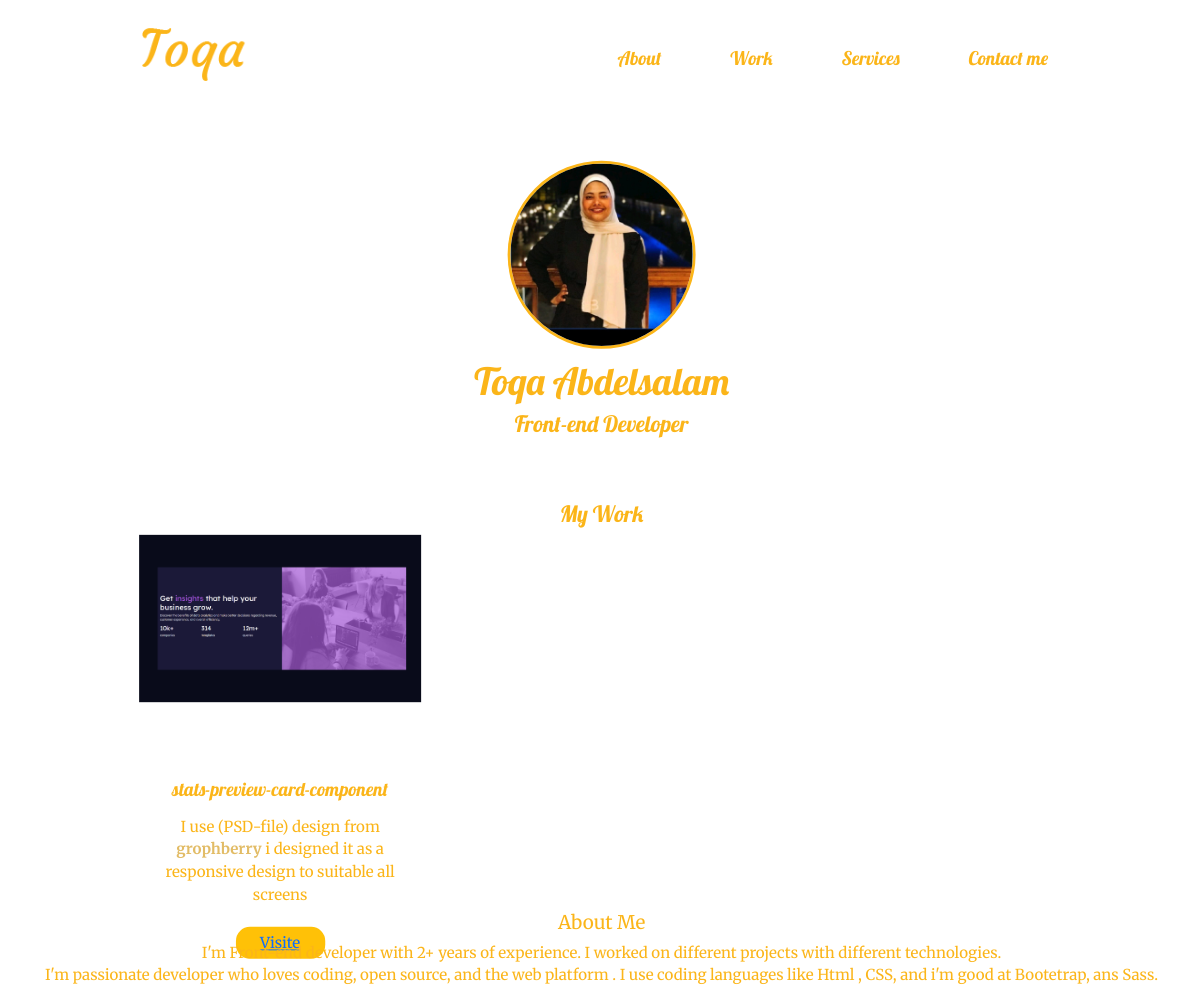
Repository: Toqa-25/portfolio
Page: index.html
An editor plug-in stored every save of this project. The page is shown before and after the next save, followed by the edit.
The browser window is 1280 px wide. The pictures show the whole page, at 94% of full size.
Some web fonts or font styles are not loaded; a fallback is used.

Above is the page before, as saved 2021-10-31 19:31:39.

### index.html
<!DOCTYPE html>
<html lang="en">
<head>
    <meta charset="UTF-8">
    <meta http-equiv="X-UA-Compatible" content="IE=edge">
    <meta name="viewport" content="width=device-width, initial-scale=1.0">
    <title>Toqa Portfolio</title>
      <!-- bootstrap file -->
      <link rel="stylesheet" href="css/all.min.css">
      <link rel="stylesheet" href="css/bootstrap.css">
      <!-- css file -->
      <link rel="stylesheet" href="css/style.css">
      <!-- fonts -->
      <link rel="preconnect" href="https://fonts.googleapis.com">
<link rel="preconnect" href="https://fonts.gstatic.com" crossorigin>
<link href="https://fonts.googleapis.com/css2?family=Lobster&family=Otomanopee+One&display=swap" rel="stylesheet">
<link rel="preconnect" href="https://fonts.googleapis.com">
<link rel="preconnect" href="https://fonts.gstatic.com" crossorigin>
<link href="https://fonts.googleapis.com/css2?family=Merriweather:ital,wght@0,300;0,400;0,700;0,900;1,300;1,400;1,700;1,900&display=swap" rel="stylesheet">
<link rel="preconnect" href="https://fonts.googleapis.com">
<link rel="preconnect" href="https://fonts.gstatic.com" crossorigin>
<link href="https://fonts.googleapis.com/css2?family=Bebas+Neue&family=Oswald:wght@200;300;400;500;600;700&display=swap" rel="stylesheet">
</head>
<body>
        <!-- header section -->
    <header class="pad">
       <div class="container">
         <div class="header-content">
           <div class="header-logo">
             <img src="images/logo.png" alt="logo">
           </div>
           <div class="bar">
             <svg xmlns="http://www.w3.org/2000/svg" width="35" height="35" fill="#fbb519" class="bi bi-list" viewBox="0 0 16 16">
               <path fill-rule="evenodd" d="M2.5 12a.5.5 0 0 1 .5-.5h10a.5.5 0 0 1 0 1H3a.5.5 0 0 1-.5-.5zm0-4a.5.5 0 0 1 .5-.5h10a.5.5 0 0 1 0 1H3a.5.5 0 0 1-.5-.5zm0-4a.5.5 0 0 1 .5-.5h10a.5.5 0 0 1 0 1H3a.5.5 0 0 1-.5-.5z"/>
             </svg>
              <ul class="hidden-list unlist list">
              <li>About</li>
              <li>Work</li>
              <li>Services</li>
              <li>Contact me</li>
              <li>Reviews</li>
            </ul>
           </div>
           <div class="header-nav">
             <ul class="list unlist">
                 <li>About</li>
                 <li>Work</li>
                 <li>Services</li>
                 <li>Contact me</li>
                 <!-- <li>Reviews</li> -->
             </ul>

           </div>
         </div>
         </div>
        </header><!-- end header section -->
        <!-- information  section -->
    <section  class="inform pad">
      <div class="main-inform " role="main">
        <div class="inform-info">
        <img src="images/toqa.jpg" alt=""><br>
        <h1>Toqa Abdelsalam</h1>
        <h4>Front-end Developer</h4>
      </div>
      </div>
    </section> <!-- end information  section -->

      <!-- my-work  section -->
      <section class="pad work">
        <div class="container">
          <h4 class="work-head">My Work</h4>
          <div class="work-content">
      <div class="work-card" role="menu">
        <div class="card-img">
          <img src="images/toqa-25.github.io_stats-preview-card-component-main_.png" alt="">
        </div>
        <div class="card-info">
          <h5 class="card-title">stats-preview-card-component </h5>
          <p class="card-info-text"> I use  (PSD-file) design from <span> <a href="https://www.frontendmentor.io/">grophberry</a></span>
        i designed it as a responsive design to suitable all screens
         </p>
      <button class="card-button"><a href="https://toqa-25.github.io/stats-preview-card-component-main/">Visite</a></button>
        </div>
 </div>
      <!-- <div class="project card" role="menu">
        <img src="images/toqa-25.github.io_3-cards-component3_.png" alt="">
        <p>3-card-component
      I use (PSD-file) design from <span> <a href="https://www.frontendmentor.io/">grophberry</a></span>
  i designed it as a responsive design to suitable all screens <br>
  <button><a href="https://toqa-25.github.io/3-cards-component/">Visite</a></button>
 </p>
 </div>
      <div class="project card" role="menu">
          <img src="images/destop-luxestate - Copy (1).png" alt="">
          <p>Luxestate is Real-Estate Company
        I use Luxestate (PSD_file) design from <span> <a href="https://www.graphberry.com/">grophberry</a></span>
    i designed it as a responsive design to suitable all screens <br>
    <button><a href="https://toqa-25.github.io/luxstate-project-/">Visite</a></button>
   </p>
   </div>
      <div class="project card" role="menu">
          <img src="images/web_design.png" alt="">
          <p>Doop is an advertising-agency .
        I use Doop (PSD_file) design from <span> <a href="https://www.graphberry.com/">grophberry</a></span>
    i designed it as a responsive design to suitable all screens <br>
    <button><a href="https://toqa-25.github.io/simply-agency/">Visit </a></button>
   </p>
   </div>
      <div class="project card" role="menu">
        <img src="images/Vibo_App(desktop)_toqa-25.github.io2.png" alt="">
          <p>Vibo is an App-Development company
        I use Vibo PSD design from <span> <a href="https://www.graphberry.com/">grophberry</a></span>
    i designed it as a responsive design to suitable all screens <br>
    <button><a href="https://toqa-25.github.io/vibo-app/">Visite</a></button>
   </p>
   </div>
   <div class="project card" role="menu">
    <img src="images/toqa-25.github.io_landing-meeting-page_desktop.png" alt="">
    <p>Metting landing page
  I use  design from <span> <a href="https://www.frontendmentor.io/">grophberry</a></span>
i designed it as a responsive design to suitable all screens <br>
<button><a href="https://toqa-25.github.io/landing-meeting-page/">Visite</a></button>
</p>
</div> -->
   </div>
   </div>
      </section>

      <section class="section about">

          <h5>About Me</h5>
      <p> I'm Front-end developer with 2+ years of experience. I worked on different projects with different technologies. <br>
       I'm passionate developer who loves coding, open source, and the web platform .
       I use coding languages like Html , CSS, and i'm good at Bootetrap, ans Sass. </p>
      </section>

</body>
</html>

### css/style.css
/*
    public style
***********************
*/
:root{
    --main-color:#fbb519;
    --section-padding:30px;
}
* , *:after , *:before{
    box-sizing: border-box;
    margin: 0;
    padding: 0;
}
body{
    font-family: 'Merriweather', serif;
    color:var(--main-color);
}
.pad{
    padding: var(--section-padding) 0;
}
.container
{
  width: 80%;
  margin:auto;
  padding: 0 20px;
}
 .pad h5{
    text-align: center;
    font-family: 'Lobster';
    margin-bottom: 15px;
 }
 .unlist{
     list-style: none;
 }
/*
    header style
***********************
*/
 header{
    font-family: 'Lobster', cursive;
 }
 .header-content{
    display: flex;
}
.header-logo{
    width:50%;
}
.bar{
    position: relative;
    display: none;
    margin: auto 20px;
     transition: .2s;
     cursor: pointer;
     width: 50%;
    /* text-align: right; */
    justify-content: flex-end;
}
 .header-nav{
   min-width: 50%;
    display: flex;
    justify-content: flex-end;
 }
 .header-nav .list{
     width: 100%;
     display: flex;
     justify-content: space-between;
     align-items: center;
     padding: 17px;
 }
  .list li{
     font-size: 20px;
     transition: .2s;
     -webkit-transition: .2s;
     -moz-transition: .2s;
     -ms-transition: .2s;
     -o-transition: .2s;
     cursor: pointer;
     margin-bottom: 2px;
    }
     .list li:hover{
        border-bottom: 2px solid var(--main-color);
    }
    .hidden-list{
         text-align: center;
         position: absolute;
         width: 120px;
         top: 3px;
         right: -70px;
         background-color: #f5f5dc91;
         padding: 10px;
         border-radius: 25px;
         -webkit-border-radius: 25px;
         -moz-border-radius: 25px;
         -ms-border-radius: 25px;
         -o-border-radius: 25px;
         transition: .2s;
         -webkit-transition: .2s;
         -moz-transition: .2s;
         -ms-transition: .2s;
         -o-transition: .2s;
         visibility: hidden;
         display: none;
}
/* media quary for header*/
 @media (max-width: 991px){
   .header-nav {
      display: none;
  }
  .bar{
      display: flex;
  }
  .bar:hover .hidden-list{
    visibility: visible;
    display: block;
  }
}
/*
    my-information&image style
  ********************************
 */
 .main-inform{
     color: var(--main-color);
    text-align: center;
    height: 300px;
    display: flex;
    align-items: center;
    justify-content: center;
    font-family: 'Lobster', cursive;
}
.main-inform img{
    width: 200px;
    height: 200px;
    border:3px solid;
    border-radius: 50%;
    -webkit-border-radius: 50%;
     -moz-border-radius: 50%;
     -ms-border-radius: 50%;
     -o-border-radius: 50%;
     margin-bottom: 10px;
    }
/*
    my-work style
********************************
*/
.work{
    text-align: center;
}
 .work-content{
    display: grid;
    grid-template-columns:repeat(1,300px);
    gap:10px;
 }
 .work .work-head{
    text-align: center;
    font-family: 'Lobster';
 }
 .work-card{

 }
 .card-img{
     width:100%;
     height:70%;
 }
 .card-img img{
     max-width:100%;
     /* height:100%; */

 }
 .card-info{
     text-align: center;
     width: 100%;
 }
 .card-title{

 }
.card {
    width: 100%;
    height: 100%;
    position: relative;
    display: flex;
    flex-direction: column;
    min-width: 0;
    word-wrap: break-word;
    background-color: black;
    background-clip: border-box;
    border: 4px solid var(--main-color);
    border-radius: 0.3rem;
}

.card img{
    max-width:100%;
    max-height: 150px;
    border-bottom: 3px solid;
}
.card img:hover{
   transform: scale(1.1);
   -webkit-transform: scale(1.1);
   -moz-transform: scale(1.1);
   -ms-transform: scale(1.1);
   -o-transform: scale(1.1);
}
.card-{
    margin-bottom: 1rem;
    background-color: black;
    font-size: 10px;
    padding: 2px;
    margin: 0px;
    margin-top: 0px;
    width: 100%;
    height: 100%;
    text-align: center;
    color:#483705;
    background-color: #f5f5dce8;
    padding-top: 10px;

}
.card-info-text a{
    text-decoration: none;
    color: #e2bc66;
    font-weight: bolder;
}
.card p:hover{

}

.card-button{
    width: 95px;
    text-align: center;
    background-color: #ffc107;
    border: none;
    border-radius: 15px;
    padding: 5px;
    margin-top: 7px;
}
.card button:hover{
    width:120px;
    padding: 10px;
}
.card button a{
    text-decoration: none;
    color: #483705;
}

.about{
    text-align: center;

}

/*
           media quary style
    ***************************************
        //extra small devices @media (maxwidth:575px)
        //small devices @media (maxwidth:767px)
        //medium devices @media (maxwidth:991px)
        //large devices @media (maxwidth:1199px)
*/

Loaded but not shown: css/all.min.css (library); css/bootstrap.css (library)

After the next save:
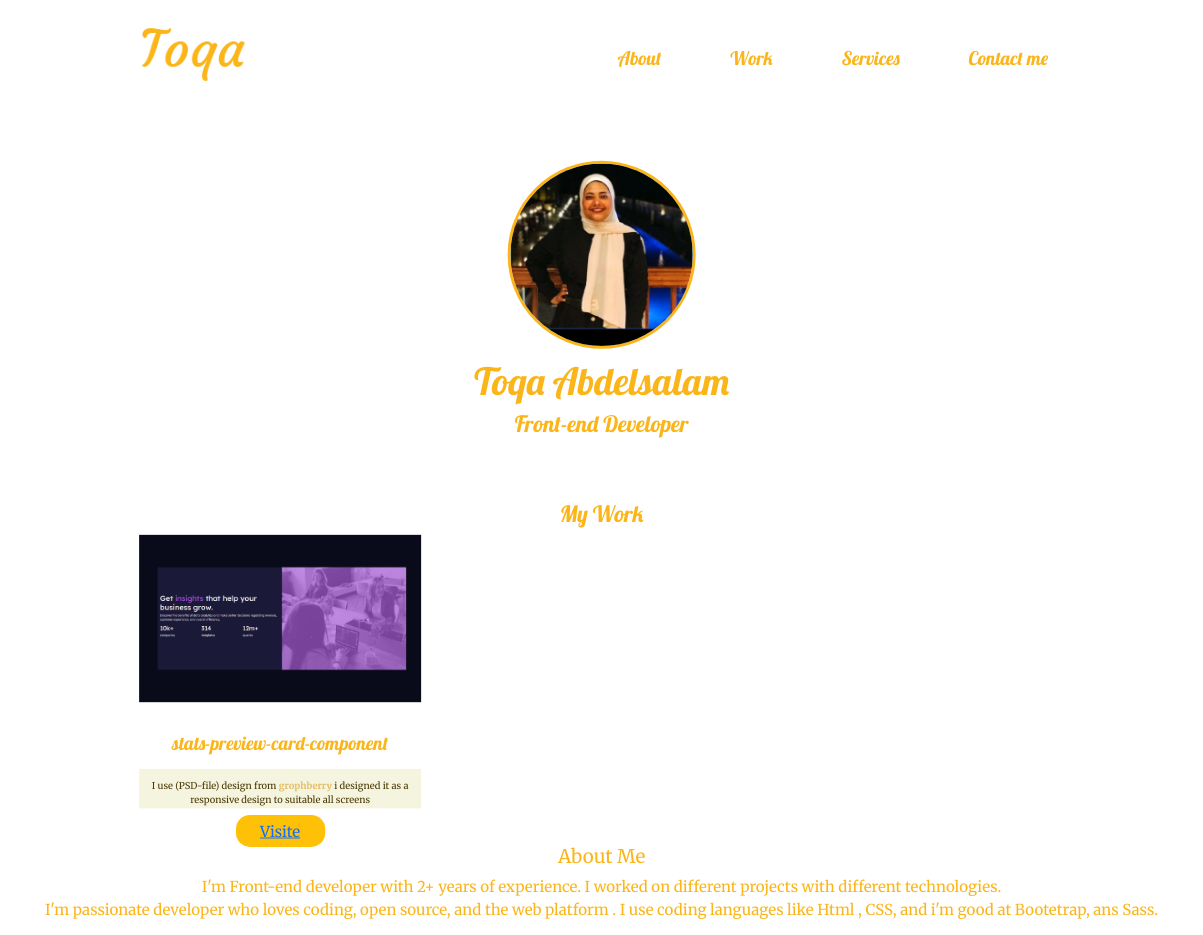
Saved 6 s later.
--- a/css/style.css
+++ b/css/style.css
@@ -199,7 +199,7 @@ body{
    -ms-transform: scale(1.1);
    -o-transform: scale(1.1);
 }
-.card-{
+.card-info-text{
     margin-bottom: 1rem;
     background-color: black;
     font-size: 10px;
